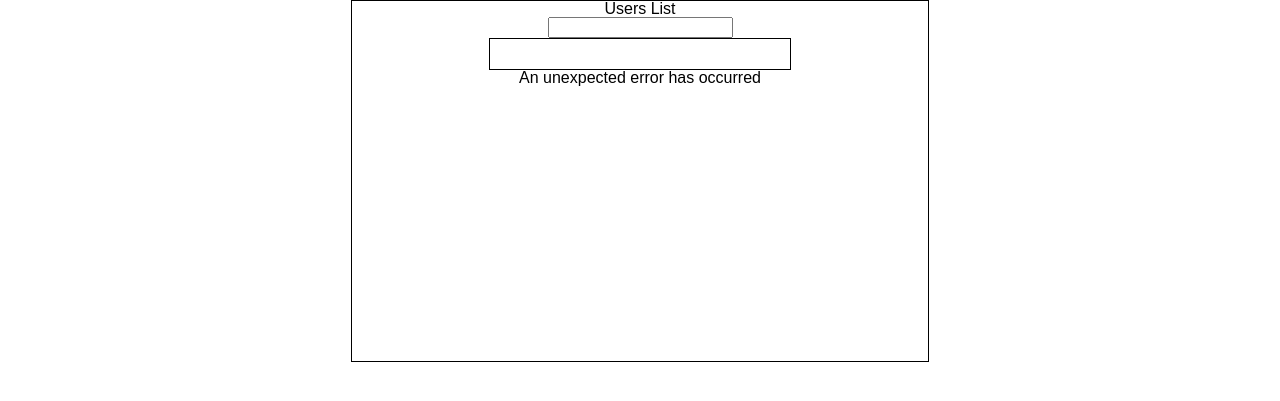
Repository: TomaszBeben/FirstTypescript
Page: /
The author's editor kept a copy of each file at every save. The page is drawn from the files as they stood at one save, then again after the next save.
The browser window is 1280 px wide. The pictures show the whole page.
The page's requests for data from a server got no answer. The project was rebuilt for these pictures with package versions that can differ from the ones it lists, and the page was loaded fresh each time. No one was signed in, and anything a server would have sent is missing.

Above is the page before, as saved 2021-12-21 12:24:35.

After the next save:
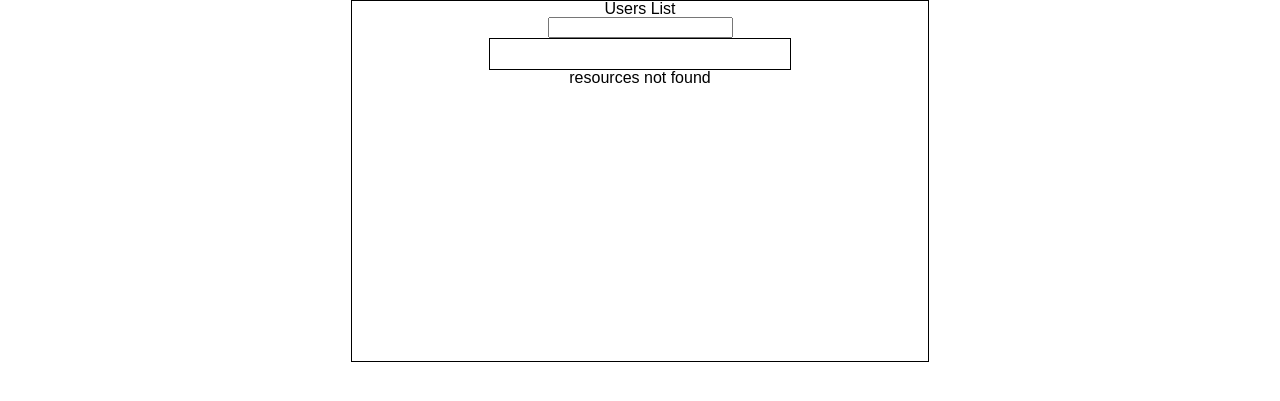
Saved 78 s later.
--- a/src/App.tsx
+++ b/src/App.tsx
@@ -30,15 +30,7 @@ const App: FC = () => {
         setUsers(data)
       })
       .catch((ex) => {
-        let error = axios.isCancel(ex)
-          ? 'Request Cancelled'
-          : ex.code === 'ECONNABORTED'
-            ? 'A timeout has occurred'
-            : ex.response.status === 404
-              ? 'Resource Not Found'
-              : 'An unexpected error has occurred';
-
-        setError(error)
+        setError('resources not found')
       })
   }, [])
 
